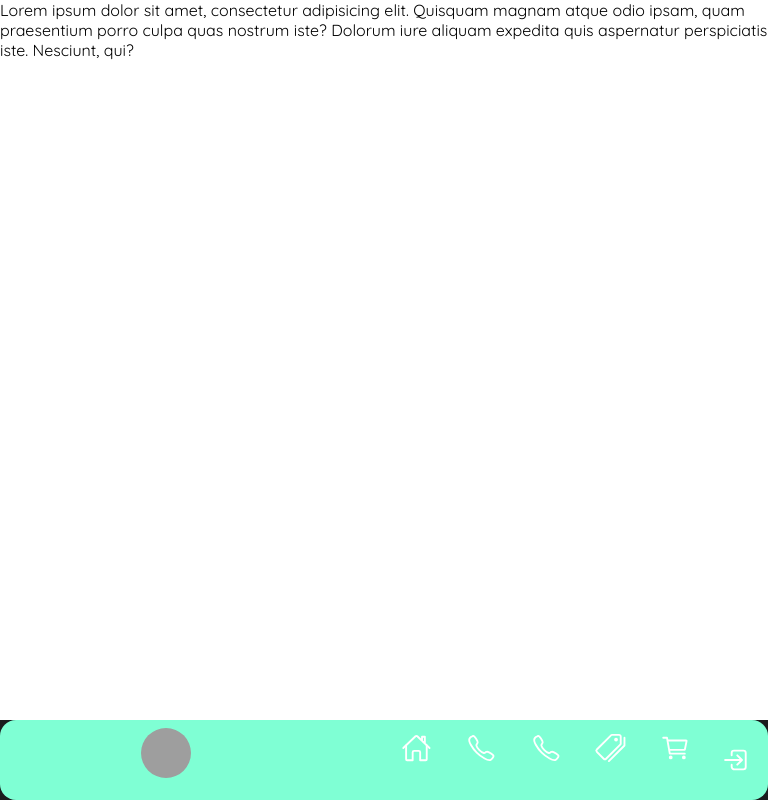
Repository: Fuocmanh/demo
Page: site/nav.html
These files come from the project's save history. The page is drawn as it stood at one moment and after the next save; the edit follows.
The browser window is 768 px wide. The pictures show the whole page.
The pointer rests on the first visible `.sidebar`.
Pictures or frames that could not be fetched are drawn as grey boxes.

Above is the page before, as saved 2022-12-30 13:21:16.

### site/nav.html
<!DOCTYPE html>
<html lang="en">

<head>
    <meta charset="UTF-8">
    <meta name="viewport" content="width=device-width, initial-scale=1" />
    <link rel="stylesheet" href="../css/style.css">
    <script type="module" src="https://unpkg.com/ionicons@5.5.2/dist/ionicons/ionicons.esm.js"></script>
    <script nomodule src="https://unpkg.com/ionicons@5.5.2/dist/ionicons/ionicons.js"></script>
</head>

<body >
    <section id="sidebar">
        <div class="sidebar">
            <a href="#" class="logo">
                <img src="https://i.pinimg.com/550x/dd/6d/22/dd6d2277032c5f365dd3149d45b3a820.jpg" alt="" class="logo-image" />
            </a>
            <nav>
                <ul class="menu">
                    <li class="menu-item">
                        <a href="#" class="menu-link">
                            <ion-icon name="home-outline"></ion-icon>
                            <span>Trang chủ</span>
                        </a>
                    </li>
                    <li class="menu-item">
                        <a href="#" class="menu-link">
                            <ion-icon name="call-outline"></ion-icon>
                            <span>Liên hệ</span>
                        </a>
                    </li>
                    <li class="menu-item">
                        <a href="#" class="menu-link">
                            <ion-icon name="call-outline"></ion-icon>
                            <span>Giới thiệu</span>

                        </a>
                    </li>
                    <li class="menu-item">
                        <a href="#" class="menu-link">
                            <ion-icon name="pricetags-outline"></ion-icon>
                            <span>Sản phẩm</span>
                        </a>
                    </li>
                    <li class="menu-item">
                        <a href="#" class="menu-link">
                            <ion-icon name="cart-outline"></ion-icon>
                            <span>Giỏ hàng</span>
                        </a>
                    </li>
                    <li class="menu-item" style="margin: -5px;">
                        <a href="#" class="menu-link">
                            <ion-icon name="log-in-outline"></ion-icon>
                            <span>Đăng xuất</span>
                        </a>
                    </li>
                </ul>
            </nav>

            <!-- <div class="">
                <a href="#!"><ion-icon name="log-in-outline"></ion-icon></a>
            </div> -->
        </div>
    </section>
    <section>
        <p>Lorem ipsum dolor sit amet, consectetur adipisicing elit. Quisquam magnam atque odio ipsam, quam praesentium porro culpa quas nostrum iste? Dolorum iure aliquam expedita quis aspernatur perspiciatis iste. Nesciunt, qui?</p>
    </section>
    <script src="../js/style.js"></script>
</body>

</html>

### css/style.css
@import url('https://fonts.googleapis.com/css2?family=Quicksand:wght@300;400;500;600;700&display=swap');

html {
    font-family: 'Quicksand', sans-serif;
}

* {
    /* font-size: 18px; */
    width: 100%;
    margin: 0px;
    padding: 0px;
    box-sizing: border-box;
}

body {
    width: 100%;
    display: flex;
    gap: 5px;
}

#sidebar {
    height: 100%;
    width: max-content;
    /* background-color: aqua; */
    margin-left: 5px;
    margin-top: 5%;
}

.sidebar {
    background-color: #1A1C1E;
    width: 80px;
    height: 100%;
    padding: 40px 5px;
    border-radius: 16px;
    transition: 0.5s;
    /* transform: translate(0px,20%);    */

}



ion-icon {
    font-size: 30px;
    color: #FFFFFF;
}

.sidebar:not(:hover) .logo-image {
    transform: translate(-16px, -7px);
}

.logo {
    width: 100%;
    height: 50px;
}

.logo-image {
    transform: translateY(-8px);
    margin: 0 40%;
    width: 50px;
    height: 50px;
    border-radius: 50%;
}

.sidebar:hover {
    width: 200px;
}

.sidebar:not(:hover) .menu-link span {
    display: none;
}

li {
    width: 100%;
    display: flex;
    align-items: center;
    justify-content: center;
    margin-bottom: 25px;
}

.menu-link {
    width: 100%;
    display: flex;
    color: #FFFFFF;
    list-style: none;
    text-decoration: none;
    padding: 10px;
    border-radius: 9% 91% 91% 9% / 52% 48% 52% 48%;
}

.menu-link:hover {
    border-radius: 9% 91% 91% 9% / 52% 48% 52% 48%;
    background-color: rgba(0, 0, 0, .5);
}

.menu-link span {
    transform: translate(-25px, 5px);
}

@media screen and (max-width:768px) {

    #sidebar {
        position: absolute;
        bottom: 0;
        margin: 0;
        height: max-content;
        width: 100%;
        background-color: #1A1C1E;
    }

    .sidebar {
        display: flex;
        flex-direction: row;
        align-items: center;
        justify-content: center ;
        background-color: aquamarine;
        width: 100%;
        height: 80px;
    }
    .menu{
        display: flex;
        flex-direction: row;
    }
    .sidebar:hover {
        width: 100%;
    }

    .sidebar .menu-link span {
        display: none;
    }

    .sidebar:hover .logo-image {
        transform: translate(-16px, -7px);

    }
    .menu-link span,.logo-image {
        transform: translate(0px);
    }
}

### js/style.js
var nav = document.getElementById('nav');
function hideShowNav(){
    display=nav.style.display ;
    display=='none'?nav.style.display ='block':nav.style.display ='none';
    // nav.style.opacity='1';
}
// function onchane(){
//     let width = document.getElementsByClassName('.box').style.width='50%';
// console.log(width);
// }

After the next save:
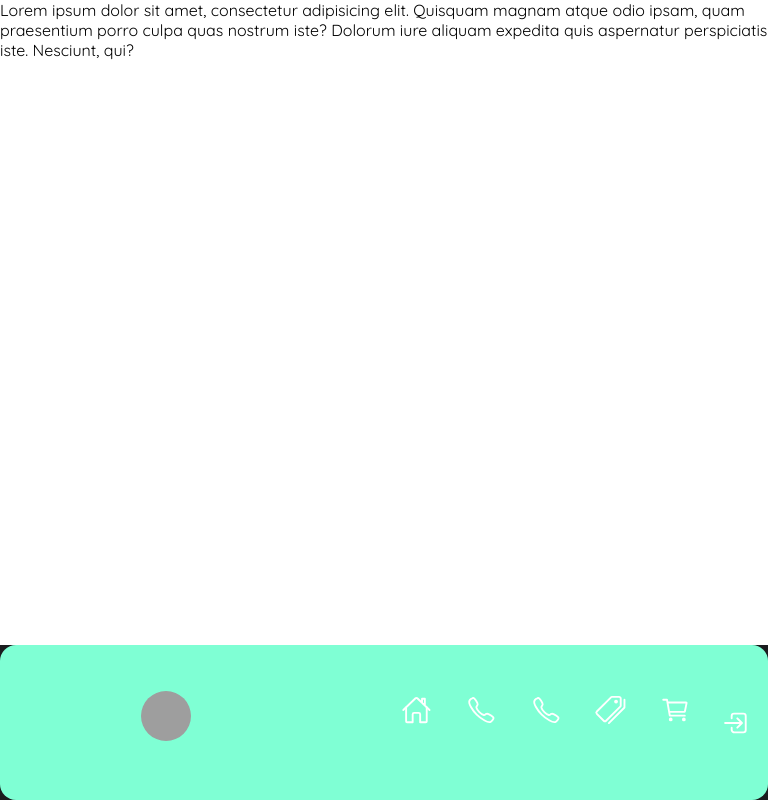
Saved 22 s later.
--- a/css/style.css
+++ b/css/style.css
@@ -122,6 +122,7 @@ li {
     }
     .sidebar:hover {
         width: 100%;
+        height: max-content;
     }
 
     .sidebar .menu-link span {
